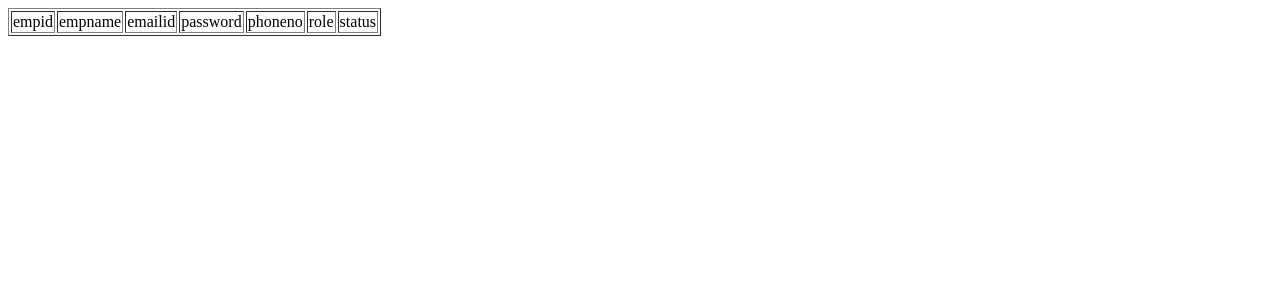
Repository: saurabh836/fullstackprojects
Page: http://localhost/EmployeeSkillProject/manager.jsp
These files come from the project's save history. The page is drawn as it stood at one moment and after the next save; the edit follows.
The browser window is 1280 px wide. The pictures show the whole page.
The page is served by Tomcat 9. Queries for data that is not in the repository find no rows.

Above is the page before, as saved 2018-07-29 14:06:03.

After the next save:
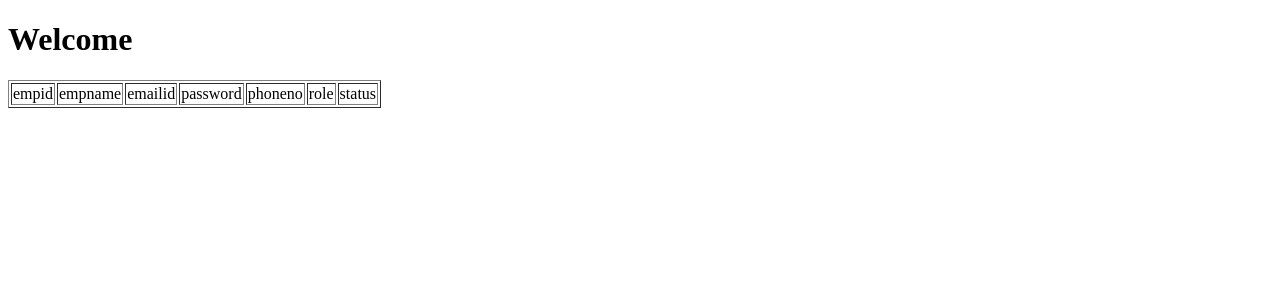
Saved 13 s later.
--- a/EmployeeSkillProject/WebContent/manager.jsp
+++ b/EmployeeSkillProject/WebContent/manager.jsp
@@ -9,7 +9,7 @@
 <title>Insert title here</title>
 </head>
 <body>
-
+<h1>Welcome </h1>
 <sql:setDataSource var="snapshot" driver="com.mysql.jdbc.Driver" url="jdbc:mysql://localhost:3306/employee_records" user = "root"  password = "123456789"/>
 <sql:query dataSource = "${snapshot}" sql = "select * from empskillset where active='1'" var = "result" />
 <table border="1">
